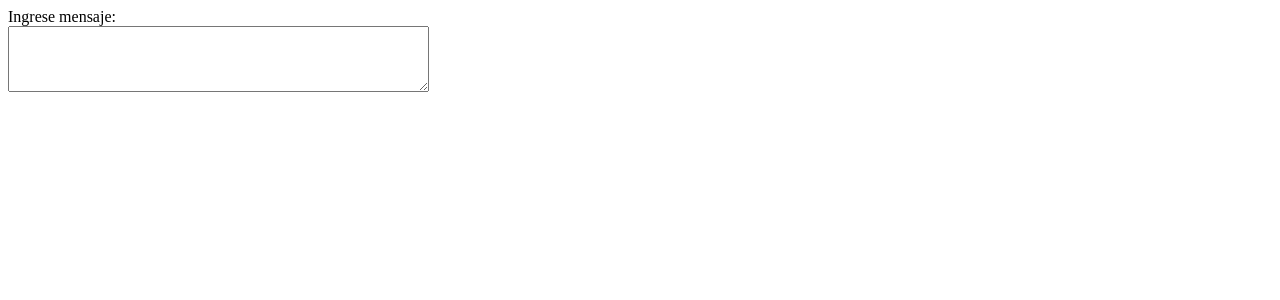
Repository: quino22/ulasalle
Page: lab02-70391273/war/tercero.html
An editor plug-in stored every save of this project. The page is shown before and after the next save, followed by the edit.
The browser window is 1280 px wide. The pictures show the whole page.

Above is the page before, as saved 2016-10-31 21:16:45.

### lab02-70391273/war/tercero.html
<!DOCTYPE html>
<html>
<head>
<meta charset="UTF-8">
<title>Tercero</title>
</head>
<body>
Ingrese mensaje:<br>
<textarea rows="4" cols="50"></textarea>
</body>
</html>

After the next save:
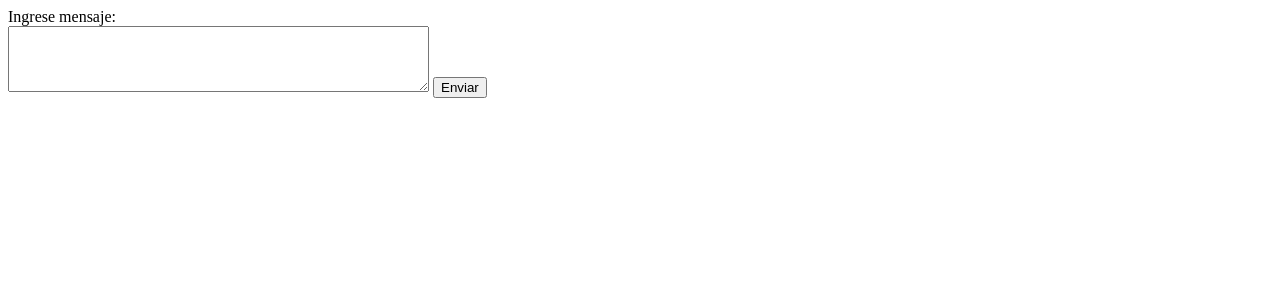
Saved 48 s later.
--- a/lab02-70391273/war/tercero.html
+++ b/lab02-70391273/war/tercero.html
@@ -7,5 +7,6 @@
 <body>
 Ingrese mensaje:<br>
 <textarea rows="4" cols="50"></textarea>
+<input type="submit" value="Enviar">
 </body>
 </html>
